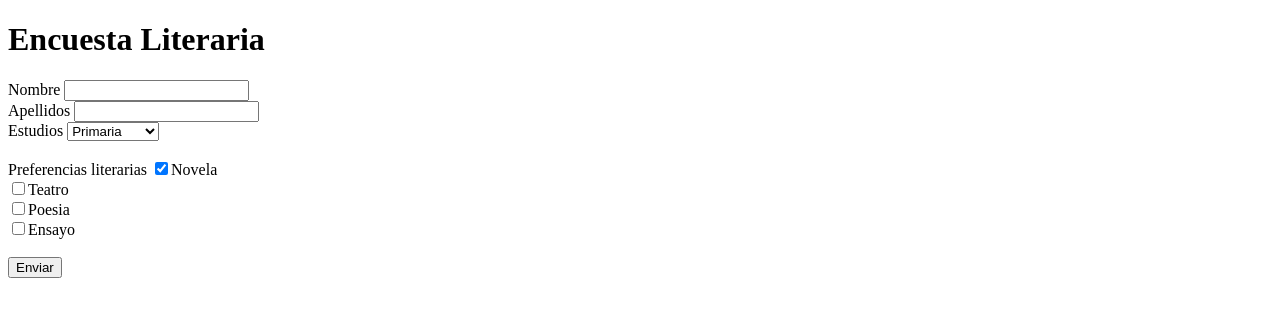
Repository: cgg25/javaee
Page: Enucesta/WebContent/index.html
These files come from the project's save history. The page is drawn as it stood at one moment and after the next save; the edit follows.
The browser window is 1280 px wide. The pictures show the whole page.

Above is the page before, as saved 2017-02-16 17:51:33.

### Enucesta/WebContent/index.html
<!DOCTYPE html>
<html>
<head>
<meta charset="UTF-8">
<title>Encuesta</title>
</head>
<body>
	<h1>Encuesta Literaria</h1>
	<form action="/Encuesta/mostrar">
		<label>Nombre</label>
		<input type="text" name="nombre"><br>
		<label>Apellidos</label>
		<input type="text" name="apellidos"><br>
		<label>Estudios</label>
		<select name="estudios">
			<option>Primaria</option>
			<option>Secundaria</option>
			<option>Bachillerato</option>
		</select>
		<br><br>
		<label>Preferencias literarias</label>
		<input type="checkbox" name="preferencias" value="Novela" checked>Novela<br>
		<input type="checkbox" name="preferencias" value="Teatro">Teatro<br>
		<input type="checkbox" name="preferencias" value="Poesia">Poesia<br>
		<input type="checkbox" name="preferencias" value="Ensayo">Ensayo<br>
		<br>
		<input type="submit" value="Enviar">

	</form>
</body>
</html>

After the next save:
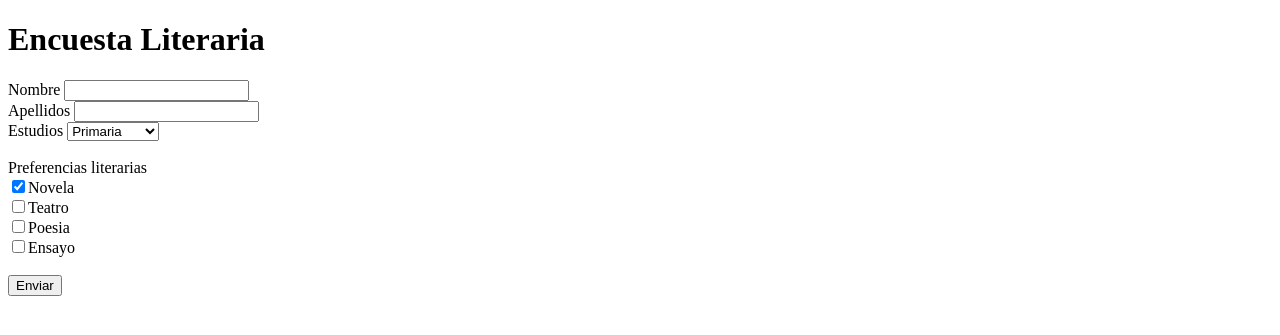
Saved 28 s later.
--- a/Enucesta/WebContent/index.html
+++ b/Enucesta/WebContent/index.html
@@ -18,7 +18,7 @@
 			<option>Bachillerato</option>
 		</select>
 		<br><br>
-		<label>Preferencias literarias</label>
+		<label>Preferencias literarias</label><br>
 		<input type="checkbox" name="preferencias" value="Novela" checked>Novela<br>
 		<input type="checkbox" name="preferencias" value="Teatro">Teatro<br>
 		<input type="checkbox" name="preferencias" value="Poesia">Poesia<br>
